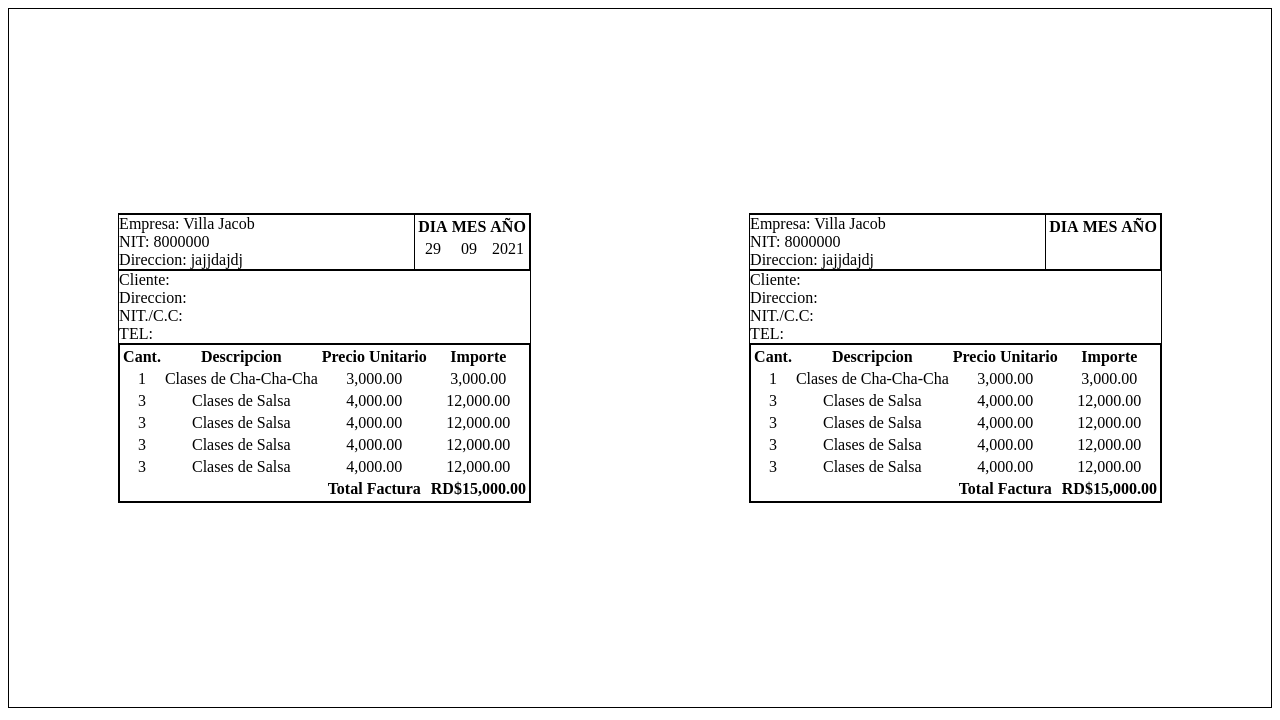
Repository: MrVanQish/FacturaEstructura
Page: index.html
An editor plug-in stored every save of this project. The page is shown before and after a run of saves, followed by the edit.
The browser window is 1280 px wide. The pictures show the whole page.

Above is the page before, as saved 2021-09-29 11:35:35.

After the next 3 saves:
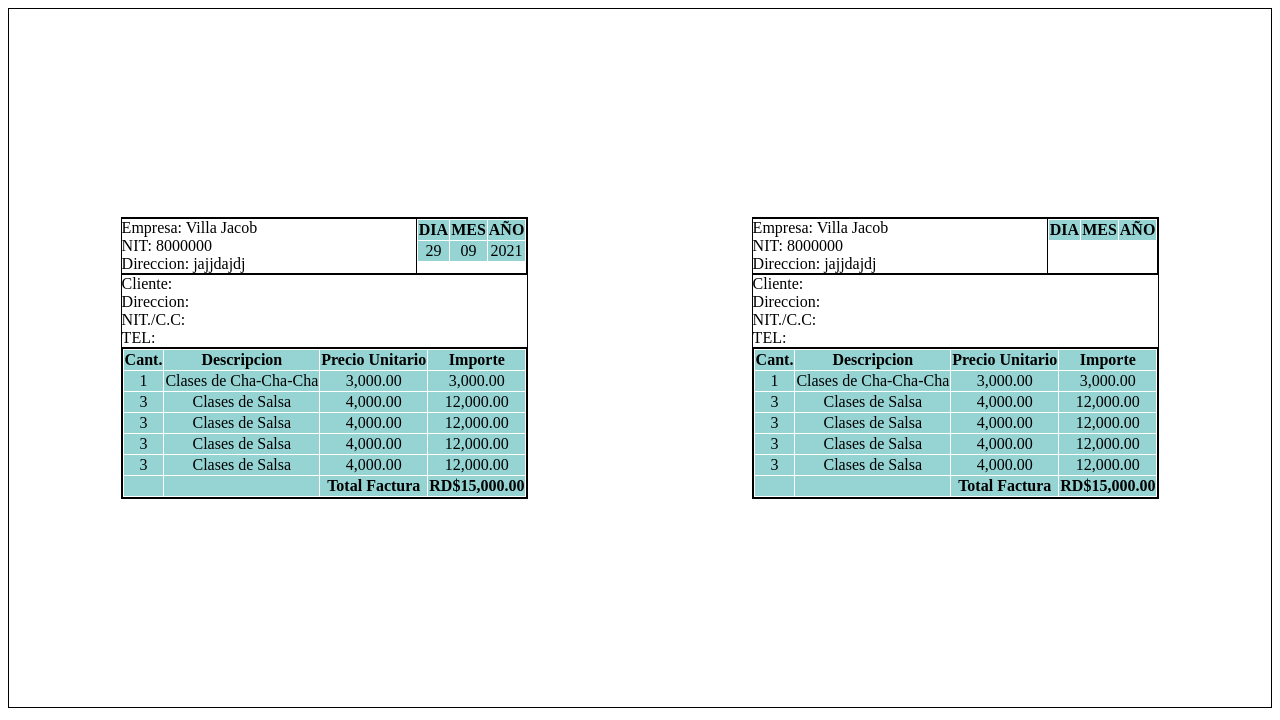
The 3 saves are shown as one change because they came seconds apart.
The last was saved 6 s later.
--- a/styles.css
+++ b/styles.css
@@ -2,7 +2,13 @@
     size: A4 landscape;
 }
 
-
+table, th, td {
+  border: 1px solid white;
+  border-collapse: collapse;
+}
+th, td {
+  background-color: #96D4D4;
+}
 
 
 .wrapper {
